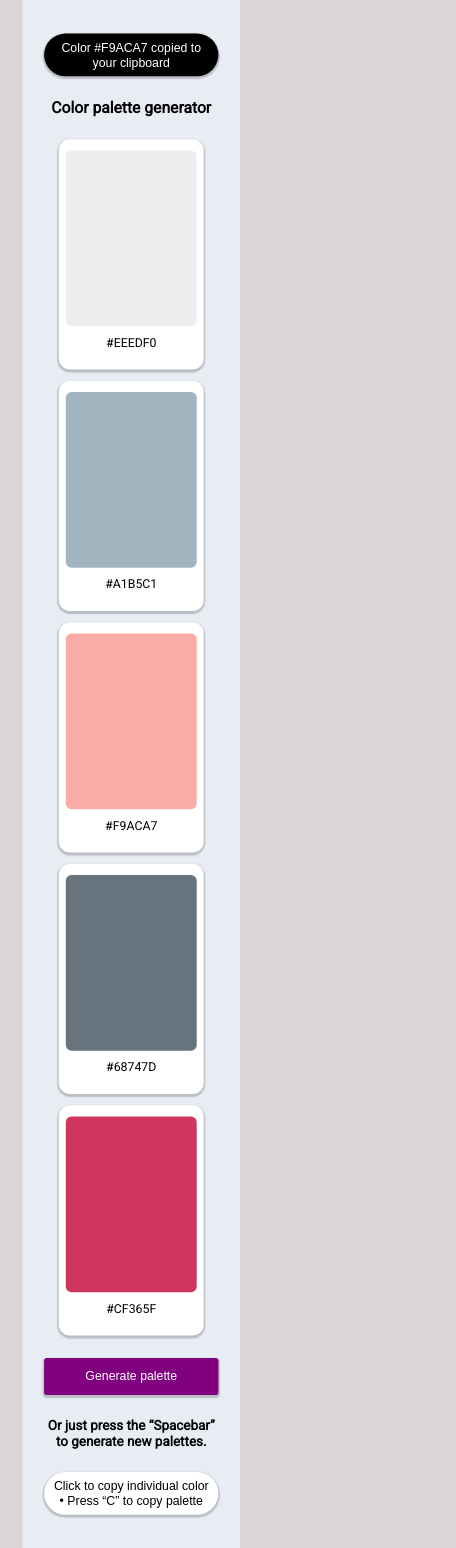
Repository: Hcmwebs/Color-Palette-Generator
Page: index.html
An editor plug-in stored every save of this project. The page is shown before and after the next save, followed by the edit.
The browser window is 375 px wide. The page is 375 px wide, then 652 px, so the pictures cover 652 px, including what lies to the right of the window. The pictures show the whole page, at 70% of full size.

Above is the page before, as saved 2020-08-09 01:02:33.

### index.html
<!DOCTYPE html>
<html lang="en">
<head>
    <meta charset="UTF-8">
    <meta name="viewport" content="width=device-width, initial-scale=1.0">
    <link rel="stylesheet" href="styles.css">
    <title>Color Pallete Generator</title>
</head>
<body>
    <div class="container">

        <button class="btn">Color #F9ACA7 copied to your clipboard</button>
        <h2>Color palette generator</h2>
        <div class="card">
            <div class="card__item">
                <div class="card__color card__color--lightPurpleish"></div>
                <div class="card__tag">#EEEDF0</div>
            </div>

            <div class="card__item">
                <div class="card__color card__color--lightBlueGreenish"></div>
                <div class="card__tag">#A1B5C1</div>
            </div>

            <div class="card__item card__item--active">
                <div class="card__color card__color--lightReddish"></div>
                <div class="card__tag">#F9ACA7</div>
            </div>

            <div class="card__item">
                <div class="card__color card__color--lightBluish"></div>
                <div class="card__tag">#68747D</div>
            </div>

            <div class="card__item">
                <div class="card__color card__color--reddish"></div>
                <div class="card__tag">#CF365F</div>
            </div>

        </div>
        <button class="btn btn--generate">Generate palette</button>
        <h3>Or just press the “Spacebar” to generate new palettes.</h3>
        <button class="btn btn--white">Click to copy individual color • Press “C” to copy palette</button>
    </div>
</body>
</html>

### styles.css
@import url('https://fonts.googleapis.com/css2?family=Roboto:wght@300;400&display=swap');

* {
  box-sizing: border-box;
  margin: 0;
  padding: 0;
}

body {
  font-family: 'Roboto', sans-serif;
  font-weight: 300;
  font-size: 10px;
  width: 100vw;
  height: 100vh;
  display: grid;
  place-items: center;
  background-color: rgba(124, 107, 107, 0.274);
}
h2,
h3 {
  font-weight: light;
  margin: 2rem;
  text-align: center;
}
h2 {
  font-size: 1.4rem;
}

h3 {
  font-size: 1.2rem;
}
.container {
  width: 1400px;
  max-width: 100%;
  overflow: hidden;
  margin: auto;
  padding: 3rem 0;
  display: flex;
  flex-direction: column;
  justify-content: space-between;
  align-items: center;
  background-color: #e8ecf3;
}

.btn {
  cursor: pointer;
  font-size: 1.1rem;
  margin: auto;
  padding: 0.6rem 0.8rem;
  border-radius: 2.5rem;
  border:none;
  background-color: #000;
  color: #fff;
  box-shadow: 0px 2px 2px 2px rgba(0, 0, 0, 0.2);
  transition: all 0.7s ease-in;
}

.btn:hover {
  transform: scale(1.01);
  box-shadow: 0px 5px 4px 5px rgba(0, 0, 0, 0.5);
}
.card {
  display: grid;
  grid-template-columns: repeat(5, 1fr);
  gap: 1rem;
  justify-content: center;
}
.card__item {
  width: 207px;
  height: 329px;
  padding: 1rem;
  border-radius: 1rem;
  box-shadow: 0px 2px 2px 2px rgba(0, 0, 0, 0.2);
  display: flex;
  flex-direction: column;
  justify-content: space-between;
  align-items: center;
  background-color: #fff;
  cursor:pointer;
  transition: all 0.7s ease-in-out;
}

.card__item:hover {
  box-shadow: 0px 5px 4px 5px rgba(0, 0, 0, 0.5);
  transform: scale(1.01);
}

.card__color {
  width: 187px;
  height: 251px;
  border-radius: 0.5rem;
  padding-bottom: 1rem;
}
.card__color--lightPurpleish {
  background-color: #eeedf0;
}

.card__color--lightBlueGreenish {
  background-color: #a1b5c1;
}

.card__color--lightReddish {
  background-color: #f9aca7;
}

.card__color--lightBluish {
  background-color: #68747d;
}

.card__color--reddish {
  background-color: #cf365f;
}
.card__tag {
  font-size: 1.1rem;
  font-weight: 400;
  margin: auto;
}

.btn--generate {
  background-color: purple;
  color: #fff;
  border-radius: 4px;
  margin-top: 2rem;
  padding: 1rem 1.5rem;
  cursor: pointer;
}
.btn--white {
 background-color: #fff;
  color: #000;


}
@media (max-width: 900px) {
  body {
    height: auto;
    padding: 0rem 2rem;
  }
  .container {
    min-width: 620px;
    width: 100%;
  }
  .card {
    grid-template-columns: repeat(2, 1fr);
  }
}
@media (max-width: 600px) {
  .container {
    min-width: 300px;
    width: 100%;
  }
  .card {
    grid-template-columns: 1fr;
  }
  .btn {
    width: 80%;
  }
}

After the next save:
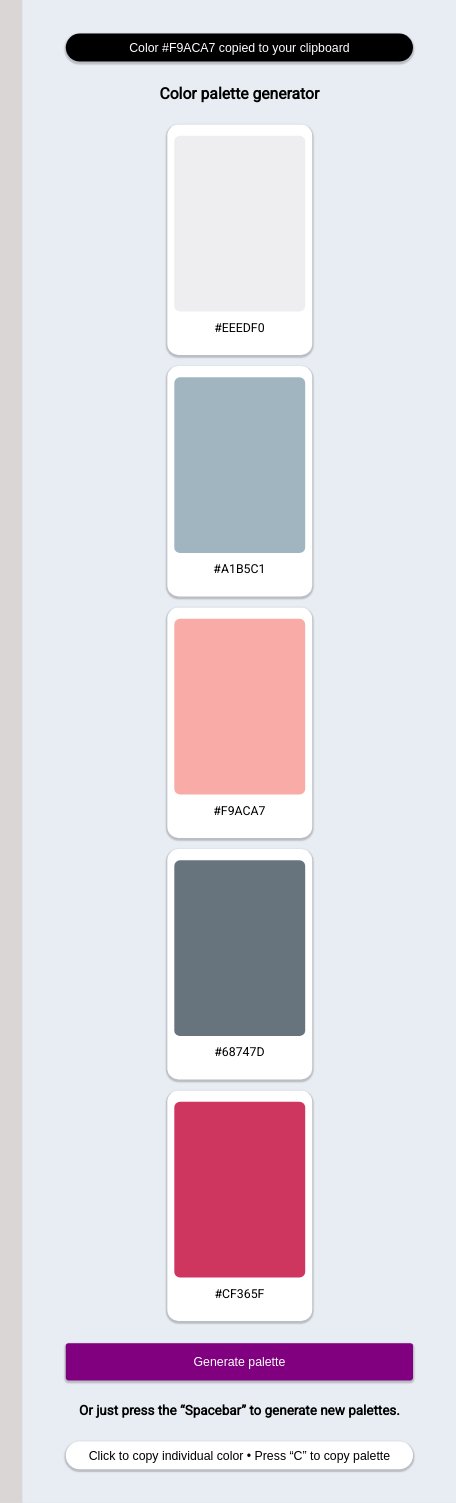
Saved 7 min 34 s later.
--- a/styles.css
+++ b/styles.css
@@ -145,7 +145,6 @@ h3 {
 }
 @media (max-width: 600px) {
   .container {
-    min-width: 300px;
     width: 100%;
   }
   .card {
